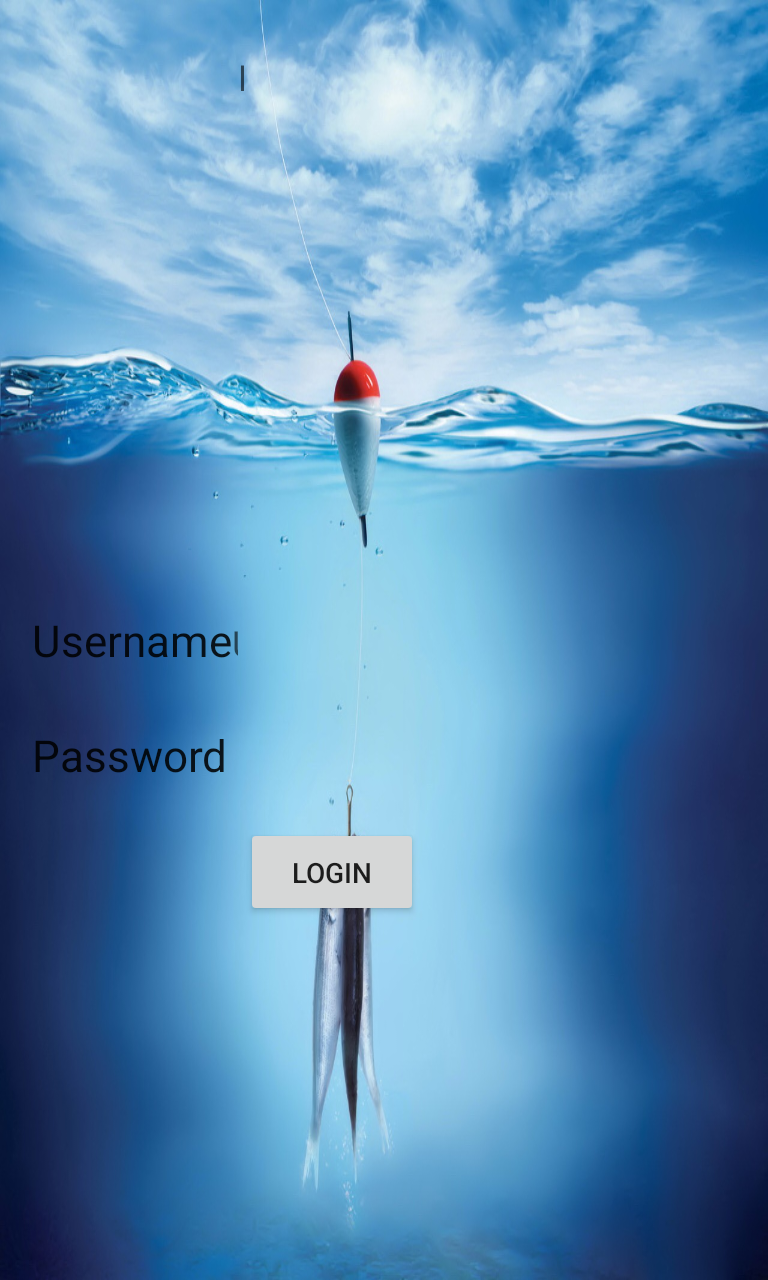
Repository: zerox2012/Fall2014Android
Layout: FishingBuddy/res/layout/activity_login.xml
The author's editor kept a copy of each file at every save. The layout is drawn from the files as they stood at one save, then again after the next save.
It is drawn on a 768 x 1280 px phone screen (xhdpi) without system bars, with theme AppTheme; the app's code is not run.

Above is the layout before, as saved 2014-10-20 17:37:39.

After the next save:
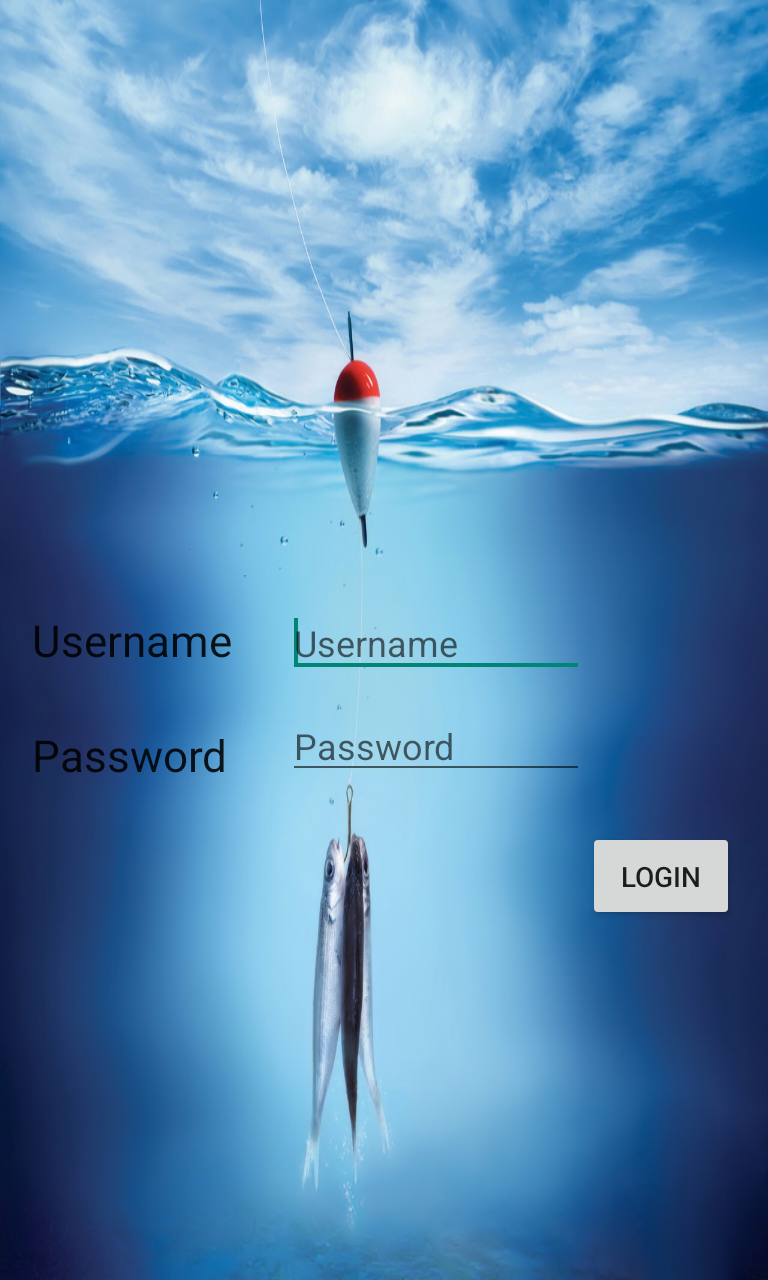
Saved 7 min 2 s later.
--- a/FishingBuddy/res/layout/activity_login.xml
+++ b/FishingBuddy/res/layout/activity_login.xml
@@ -28,34 +28,37 @@
         android:text="@string/password"
         android:textAppearance="?android:attr/textAppearanceLarge" />
 
+        <requestFocus />
+
+    <Button
+        android:id="@+id/button1"
+        android:layout_width="100dp"
+        android:layout_height="wrap_content"
+        android:layout_below="@+id/textView2"
+        android:layout_marginTop="22dp"
+        android:layout_toRightOf="@+id/EditText01"
+        android:text="@string/button_login" />
+
     <EditText
         android:id="@+id/username"
-        android:layout_width="3dp"
+        android:layout_width="150dp"
         android:layout_height="wrap_content"
-        android:layout_centerVertical="true"
-        android:layout_toRightOf="@id/textView1"
+        android:layout_alignBaseline="@+id/textView1"
+        android:layout_alignBottom="@+id/textView1"
+        android:layout_marginLeft="27dp"
+        android:layout_toRightOf="@+id/textView1"
         android:ems="10"
         android:hint="@string/user_name"
         android:inputType="text" />
 
-        <requestFocus />
-
     <EditText
         android:id="@+id/EditText01"
-        android:layout_width="3dp"
+        android:layout_width="150dp"
         android:layout_height="wrap_content"
-        android:layout_toRightOf="@+id/username"
+        android:layout_alignBottom="@+id/textView2"
+        android:layout_alignLeft="@+id/username"
         android:ems="10"
         android:hint="@string/password"
         android:inputType="textPassword" />
 
-    <Button
-        android:id="@+id/button1"
-        android:layout_width="wrap_content"
-        android:layout_height="wrap_content"
-        android:layout_below="@+id/textView2"
-        android:layout_marginTop="20dp"
-        android:layout_toRightOf="@+id/EditText01"
-        android:text="@string/button_login" />
-
 </RelativeLayout>
